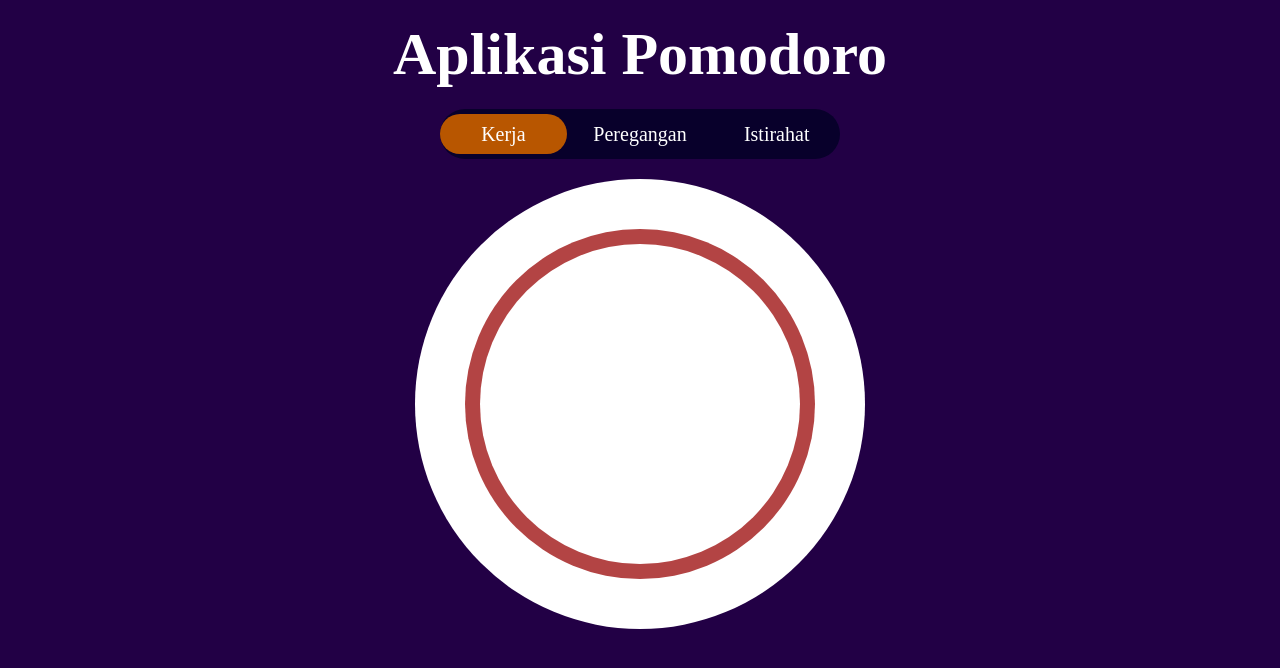
Repository: sellayspy/aplikasiPomodoro
Page: /
These files come from the project's save history. The page is drawn as it stood at one moment and after the next save; the edit follows.
The browser window is 1280 px wide. The pictures show the whole page.
The project was rebuilt for these pictures with package versions that can differ from the ones it lists, and the page was loaded fresh each time. Also part of the build but not shown: vite.config.js.

Above is the page before, as saved 2024-11-25 13:49:19.

After the next save:
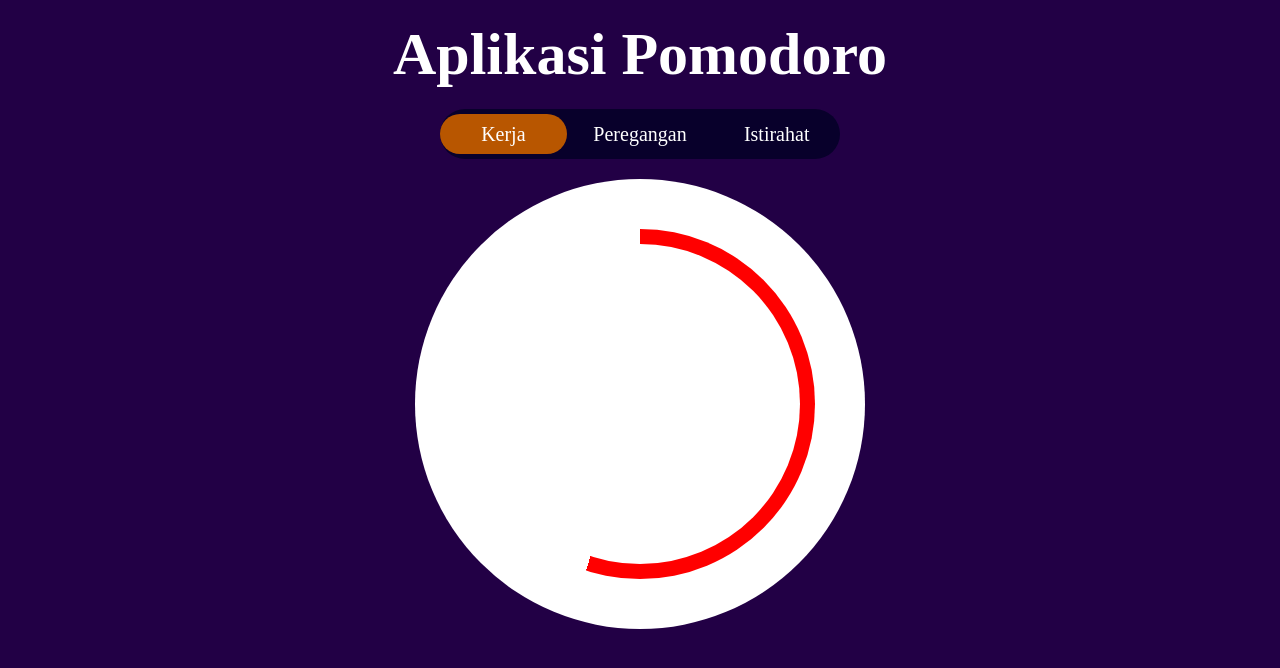
Saved 34 s later.
--- a/src/components/TimerProgress.jsx
+++ b/src/components/TimerProgress.jsx
@@ -3,11 +3,11 @@ import { RiProgress1Fill } from "react-icons/ri";
 import styled from "styled-components";
 
 const TimerProgress = () => {
-  const [progress, setProgress] = useState(45);
+  const [progress, setProgress] = useState(55);
 
   return (
-    <OuterCircle>
-      <InnerCircle progress={progress}></InnerCircle>
+    <OuterCircle progress={progress}>
+      <InnerCircle></InnerCircle>
     </OuterCircle>
   );
 };
